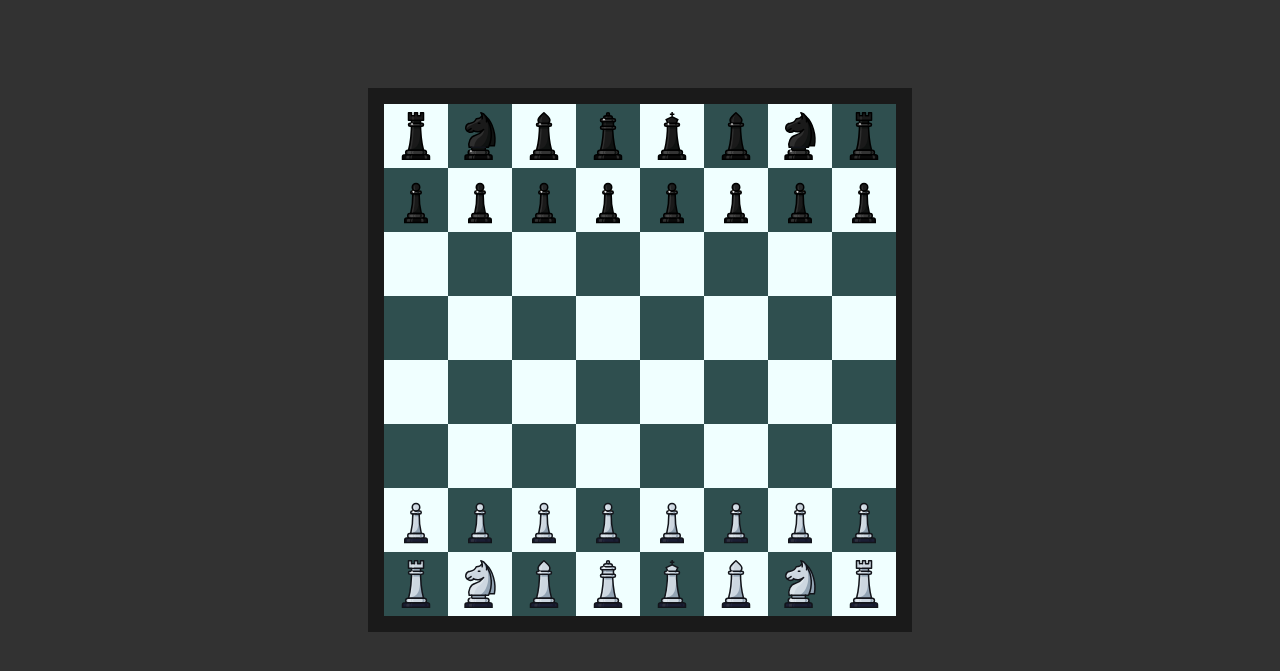
Repository: Mirsmog/react-chess
Page: /
The author's editor kept a copy of each file at every save. The page is drawn from the files as they stood at one save, then again after the next save.
The browser window is 1280 px wide. The pictures show the whole page.
The project was rebuilt for these pictures with package versions that can differ from the ones it lists, and the page was loaded fresh each time. Also part of the build but not shown: vite.config.ts.

Above is the page before, as saved 2023-10-28 16:03:35.

### src/App.tsx
import BoardComponent from '@/components/BoardComponent';
import { Board } from './models/Board';
import React from 'react';

const App = () => {
  const [board, setBoard] = React.useState(new Board());

  React.useEffect(() => {
    restart();
  }, []);

  function restart() {
    const newBoard = new Board();
    newBoard.initCells();
    newBoard.addFigures()
    setBoard(newBoard);
  }
  return (
    <div className='app'>
      <BoardComponent board={board} setBoard={setBoard} />
    </div>
  );
};

export default App;

### src/index.css
:root {
  --sell-size: 64px;
}

* {
  margin: 0;
  padding: 0;
}

.app {
  background-color: #323232;
  width: 100vw;
  height: 100vh;
  display: flex;
  justify-content: center;
  align-items: center;
}

.board {
  display: flex;
  width: calc(var(--sell-size) * 8);
  height: calc(var(--sell-size) * 8);
  flex-wrap: wrap;
  border: 16px solid #1a1a1a;
}

.cell {
  width: var(--sell-size);
  height: var(--sell-size);
  display: flex;
  justify-content: center;
  align-items: center;
}

.cell img {
  width: 48px;
  height: 48px;
  position: relative;
  cursor: pointer;
}

img[src*='/src/assets/pawn-white.svg'],
img[src*='/src/assets/pawn-black.svg'] {
  /* transform: scale(1.18); */
  transform: translateY(3px);
}

.black {
  background-color: darkslategrey;
}

.white {
  background-color: azure;
}

.selected img{
  transform: scale(1.2);
}

.available {
  width: 12px;
  height: 12px;
  border-radius: 100%;
  background-color: brown;
}

### src/components/BoardComponent.tsx
import { Board } from '@/models/Board';
import React from 'react';
import CellComponent from './CellComponent';
import { Cell } from '@/models/Cell';

type Props = {
  board: Board;
  setBoard: (board: Board) => void;
};

const BoardComponent: React.FC<Props> = ({ board, setBoard }) => {
  const [currentCell, setCurrentCell] = React.useState<Cell | null>(null);
  const click = (cell: Cell) => {
    cell.figure && setCurrentCell(cell);
  };
  return (
    <div className='board'>
      {board.cells.map((row, index) => (
        <React.Fragment key={index}>
          {row.map((cell) => (
            <CellComponent
              click={click}
              key={cell.id}
              cell={cell}
              selected={cell.x === currentCell?.x && cell.y === currentCell?.y}
            />
          ))}
        </React.Fragment>
      ))}
    </div>
  );
};

export default BoardComponent;

### src/models/Board.ts
import { Cell } from './Cell';
import { Colors } from './Colors';
import { Bishop } from './figures/Bishop';
import { King } from './figures/King';
import { Knight } from './figures/Knight';
import { Pawn } from './figures/Pawn';
import { Queen } from './figures/Queen';
import { Rook } from './figures/Rook';

export class Board {
  cells: Cell[][] = [];

  public initCells() {
    for (let i = 0; i < 8; i++) {
      const row: Cell[] = [];
      for (let j = 0; j < 8; j++) {
        if ((i + j) % 2 !== 0) {
          row.push(new Cell(this, j, i, Colors.BLACK, null)); // black
        } else {
          row.push(new Cell(this, j, i, Colors.WHITE, null)); // white
        }
      }
      this.cells.push(row);
    }
  }
  public getCell(x: number, y: number) {
    return this.cells[y][x];
  }

  private addPawns() {
    for (let i = 0; i < 8; i++) {
      new Pawn(Colors.BLACK, this.getCell(i, 1));
      new Pawn(Colors.WHITE, this.getCell(i, 6));
    }
  }
  private addKings() {
    new King(Colors.BLACK, this.getCell(4, 0));
    new King(Colors.WHITE, this.getCell(4, 7));
  }
  private addQueens() {
    new Queen(Colors.BLACK, this.getCell(3, 0));
    new Queen(Colors.WHITE, this.getCell(3, 7));
  }
  private addBishops() {
    new Bishop(Colors.BLACK, this.getCell(2, 0));
    new Bishop(Colors.BLACK, this.getCell(5, 0));
    new Bishop(Colors.WHITE, this.getCell(2, 7));
    new Bishop(Colors.WHITE, this.getCell(5, 7));
  }
  private addKnights() {
    new Knight(Colors.BLACK, this.getCell(1, 0));
    new Knight(Colors.BLACK, this.getCell(6, 0));
    new Knight(Colors.WHITE, this.getCell(1, 7));
    new Knight(Colors.WHITE, this.getCell(6, 7));
  }
  private addRooks() {
    new Rook(Colors.BLACK, this.getCell(0, 0));
    new Rook(Colors.BLACK, this.getCell(7, 0));
    new Rook(Colors.WHITE, this.getCell(0, 7));
    new Rook(Colors.WHITE, this.getCell(7, 7));
  }

  public addFigures() {
    this.addKings();
    this.addBishops();
    this.addKnights();
    this.addQueens();
    this.addPawns();
    this.addRooks();
  }
}

### src/components/CellComponent.tsx
import { Cell } from '@/models/Cell';
import React from 'react';

type Props = {
  cell: Cell;
  selected: boolean;
  click: (cell: Cell) => void;
};

const CellComponent: React.FC<Props> = ({ cell, selected, click }) => {
  console.log(cell.figure?.logo)
  return (
    <div className={`cell ${cell.color} ${selected && 'selected'}`} onClick={() => click(cell)}>
      {/* {!cell.figure && <img src={cell.figure.logo} className='available'/>} */}
      {cell.figure?.logo && (
        <img src={cell.figure.logo} alt={cell.figure.logo} />
      )}
    </div>
  );
};

export default CellComponent;

### src/models/Cell.ts
import { Board } from './Board';
import { Colors } from './Colors';
import { Figure } from './figures/Figure';

export class Cell {
  readonly x: number;
  readonly y: number;
  readonly color: Colors;
  figure: Figure | null;
  board: Board;
  available: boolean;
  id: number;

  constructor(
    board: Board,
    x: number,
    y: number,
    color: Colors,
    figure: Figure | null
  ) {
    this.board = board;
    this.figure = figure;
    this.color = color;
    this.x = x;
    this.y = y;
    this.available = false;
    this.id = Math.random();
  }
}

### src/models/Colors.ts
export enum Colors {
  BLACK = 'black',
  WHITE = 'white',
}

### src/models/figures/Bishop.ts
import { Cell } from '../Cell';
import { Colors } from '../Colors';
import { Figure, FigureName } from './Figure';
import bishopBlack from '@/assets/bishop-black.svg';
import bishopWhite from '@/assets/bishop-white.svg';
export class Bishop extends Figure {
  constructor(color: Colors, cell: Cell) {
    super(color, cell);
    this.logo = color === Colors.BLACK ? bishopBlack : bishopWhite;
    this.name = FigureName.BISHOP
  }
}

### src/models/figures/King.ts
import { Cell } from '../Cell';
import { Colors } from '../Colors';
import { Figure, FigureName } from './Figure';
import kingBlack from '@/assets/king-black.svg';
import kingWhite from '@/assets/king-white.svg';
export class King extends Figure {
  constructor(color: Colors, cell: Cell) {
    super(color, cell);
    this.logo = color === Colors.BLACK ? kingBlack : kingWhite;
    this.name = FigureName.KING
  }
}

### src/models/figures/Knight.ts
import { Cell } from '../Cell';
import { Colors } from '../Colors';
import { Figure, FigureName } from './Figure';
import knightBlack from '@/assets/knight-black.svg';
import knightWhite from '@/assets/knight-white.svg';
export class Knight extends Figure {
  constructor(color: Colors, cell: Cell) {
    super(color, cell);
    this.logo = color === Colors.BLACK ? knightBlack : knightWhite;
    this.name = FigureName.KNIGHT
  }
}

### src/models/figures/Pawn.ts
import { Cell } from '../Cell';
import { Colors } from '../Colors';
import { Figure, FigureName } from './Figure';
import pawnBlack from '@/assets/pawn-black.svg';
import pawnWhite from '@/assets/pawn-white.svg';
export class Pawn extends Figure {
  constructor(color: Colors, cell: Cell) {
    super(color, cell);
    this.logo = color === Colors.BLACK ? pawnBlack : pawnWhite;
    this.name = FigureName.PAWN
  }
}

### src/models/figures/Queen.ts
import { Cell } from '../Cell';
import { Colors } from '../Colors';
import { Figure, FigureName } from './Figure';
import queenBlack from '@/assets/queen-black.svg';
import queenWhite from '@/assets/queen-white.svg';
export class Queen extends Figure {
  constructor(color: Colors, cell: Cell) {
    super(color, cell);
    this.logo = color === Colors.BLACK ? queenBlack : queenWhite;
    this.name = FigureName.QUEEN
  }
}

### src/models/figures/Rook.ts
import { Cell } from '../Cell';
import { Colors } from '../Colors';
import { Figure, FigureName } from './Figure';
import rookBlack from '@/assets/rook-black.svg';
import rookWhite from '@/assets/rook-white.svg';
export class Rook extends Figure {
  constructor(color: Colors, cell: Cell) {
    super(color, cell);
    this.logo = color === Colors.BLACK ? rookBlack : rookWhite;
    this.name = FigureName.ROOK;
  }
}

### src/models/figures/Figure.ts
import { Cell } from '../Cell';
import { Colors } from '../Colors';
import logo from '@/assets/bishop-black.svg';

import queenBlack from '@/assets/queen-black.svg';
import bishopBlack from '@/assets/bishop-black.svg';
import rookBlack from '@/assets/rook-black.svg';
import knightBlack from '@/assets/knight-black.svg';
import pawnBlack from '@/assets/pawn-black.svg';

import queenWhite from '@/assets/queen-white.svg';
import bishopWhite from '@/assets/bishop-white.svg';
import rookWhite from '@/assets/rook-white.svg';
import knightWhite from '@/assets/knight-white.svg';
import pawnWhite from '@/assets/pawn-white.svg';

export enum FigureName {
  FIGURE = 'figure',
  KING = 'king',
  QUEEN = 'queen',
  ROOK = 'rook',
  BISHOP = 'bishop',
  PAWN = 'pawn',
  KNIGHT = 'knight',
}


export class Figure {
  color: Colors;
  logo: typeof logo | null;
  cell: Cell;
  name: FigureName;
  id: number;

  constructor(color: Colors, cell: Cell) {
    this.color = color;
    this.cell = cell;
    this.cell.figure = this;
    this.logo = null;
    this.name = FigureName.FIGURE;
    this.id = Math.random();
  }

  canMove(target: Cell): boolean {
    return true;
  }
  moveFigure(target: Cell) {}
}

Loaded but not shown: index.html (common file); src/main.tsx (common file)

After the next save:
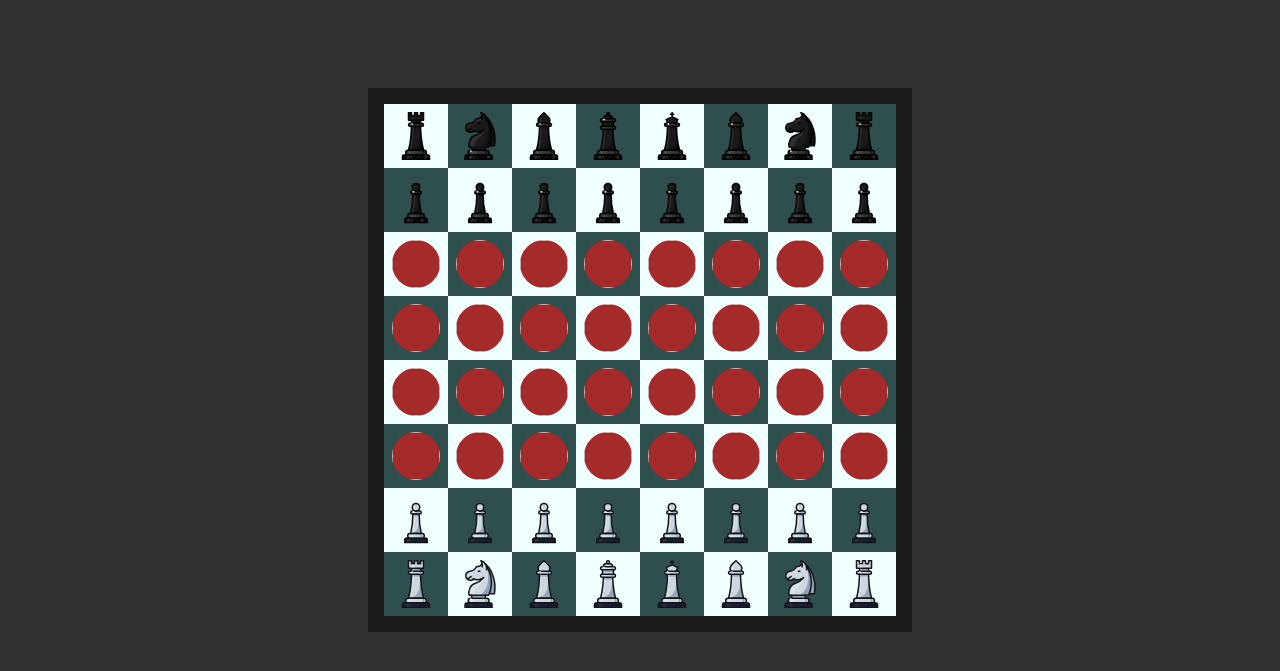
Saved 15 s later.
--- a/src/components/CellComponent.tsx
+++ b/src/components/CellComponent.tsx
@@ -8,10 +8,12 @@
 };
 
 const CellComponent: React.FC<Props> = ({ cell, selected, click }) => {
-  console.log(cell.figure?.logo)
   return (
-    <div className={`cell ${cell.color} ${selected && 'selected'}`} onClick={() => click(cell)}>
-      {/* {!cell.figure && <img src={cell.figure.logo} className='available'/>} */}
+    <div
+      className={`cell ${cell.color} ${selected && 'selected'}`}
+      onClick={() => click(cell)}
+    >
+      {!cell.figure && <img src={cell.figure?.logo} className='available' />}
       {cell.figure?.logo && (
         <img src={cell.figure.logo} alt={cell.figure.logo} />
       )}

After the 2 saves that followed:
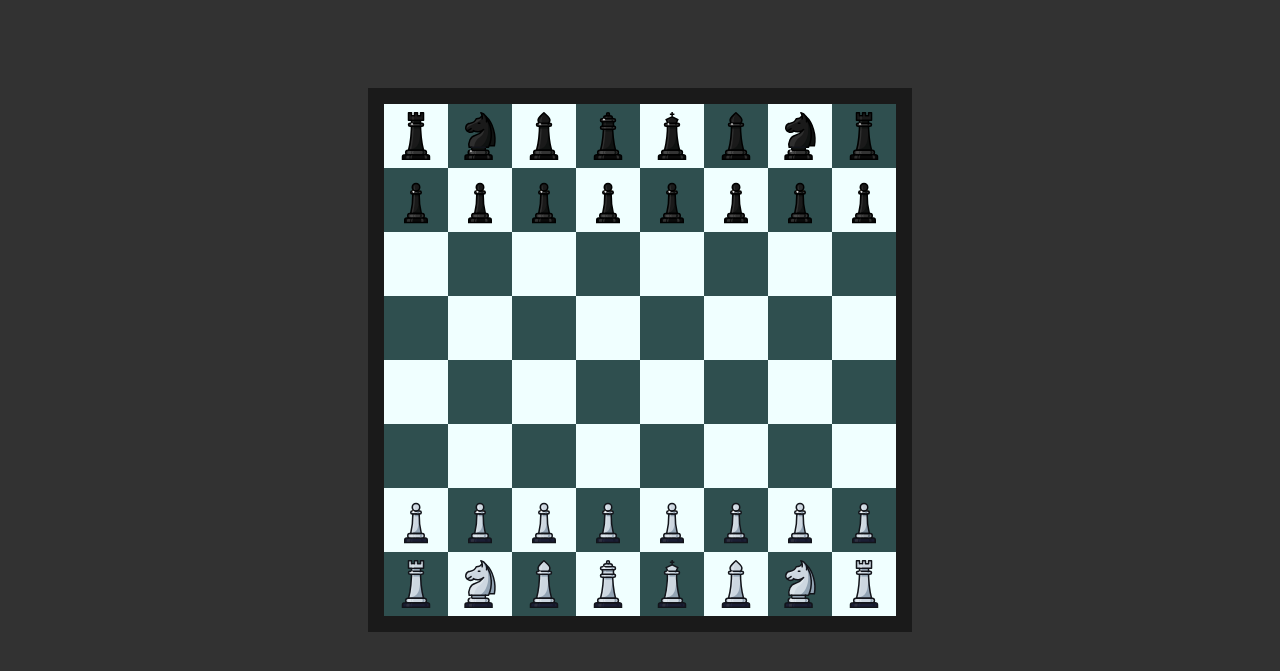
The 2 saves are shown as one change because 1 left the picture as it was.
The last was saved 102 s later.
--- a/src/components/CellComponent.tsx
+++ b/src/components/CellComponent.tsx
@@ -8,12 +8,16 @@
 };
 
 const CellComponent: React.FC<Props> = ({ cell, selected, click }) => {
+  const dad = (cell) => {
+    console.log(cell);
+    click(cell);
+  };
   return (
     <div
       className={`cell ${cell.color} ${selected && 'selected'}`}
-      onClick={() => click(cell)}
+      onClick={() => dad(cell)}
     >
-      {!cell.figure && <img src={cell.figure?.logo} className='available' />}
+      {/* {!cell.figure && <img src={cell} className='available' />} */}
       {cell.figure?.logo && (
         <img src={cell.figure.logo} alt={cell.figure.logo} />
       )}
